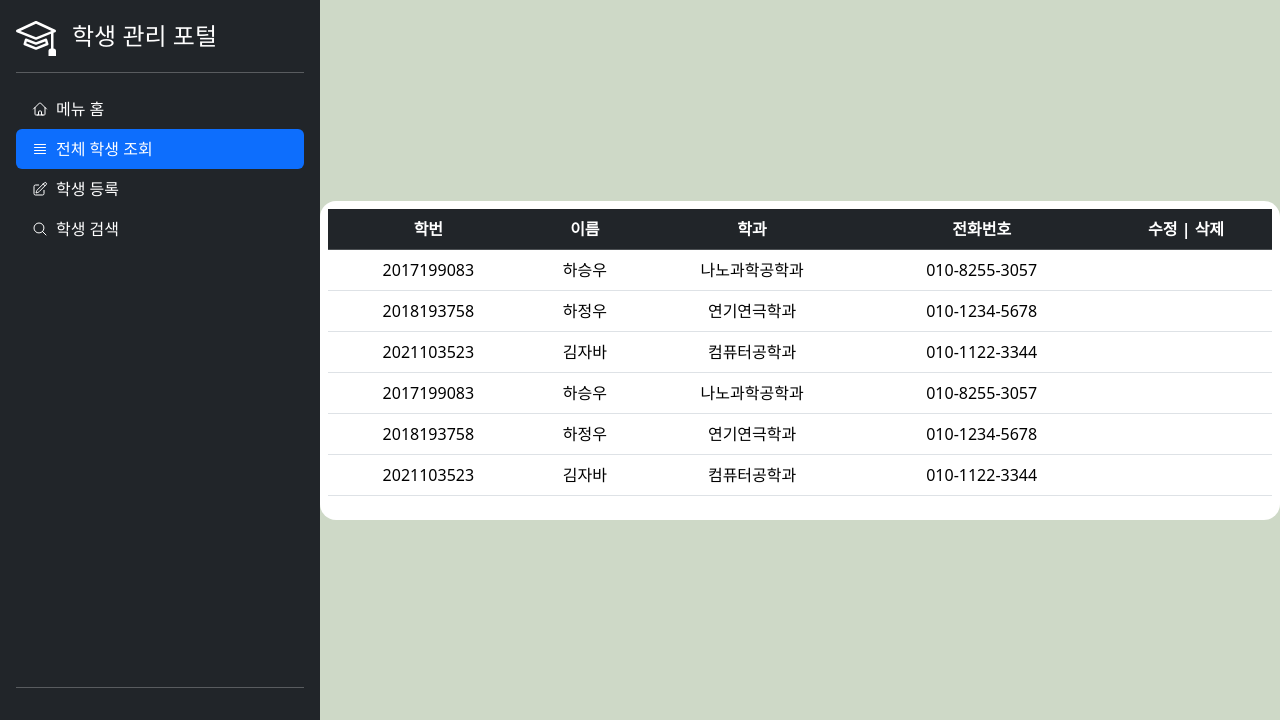
Repository: invisibleufo101/StudentManagementWeb
Page: HSW_Web/src/main/webapp/browse_students.html
These files come from the project's save history. The page is drawn as it stood at one moment and after a run of saves; the edit follows.
The browser window is 1280 px wide. The pictures show the whole page.

Above is the page before, as saved 2024-09-19 12:29:49.

After the next 2 saves:
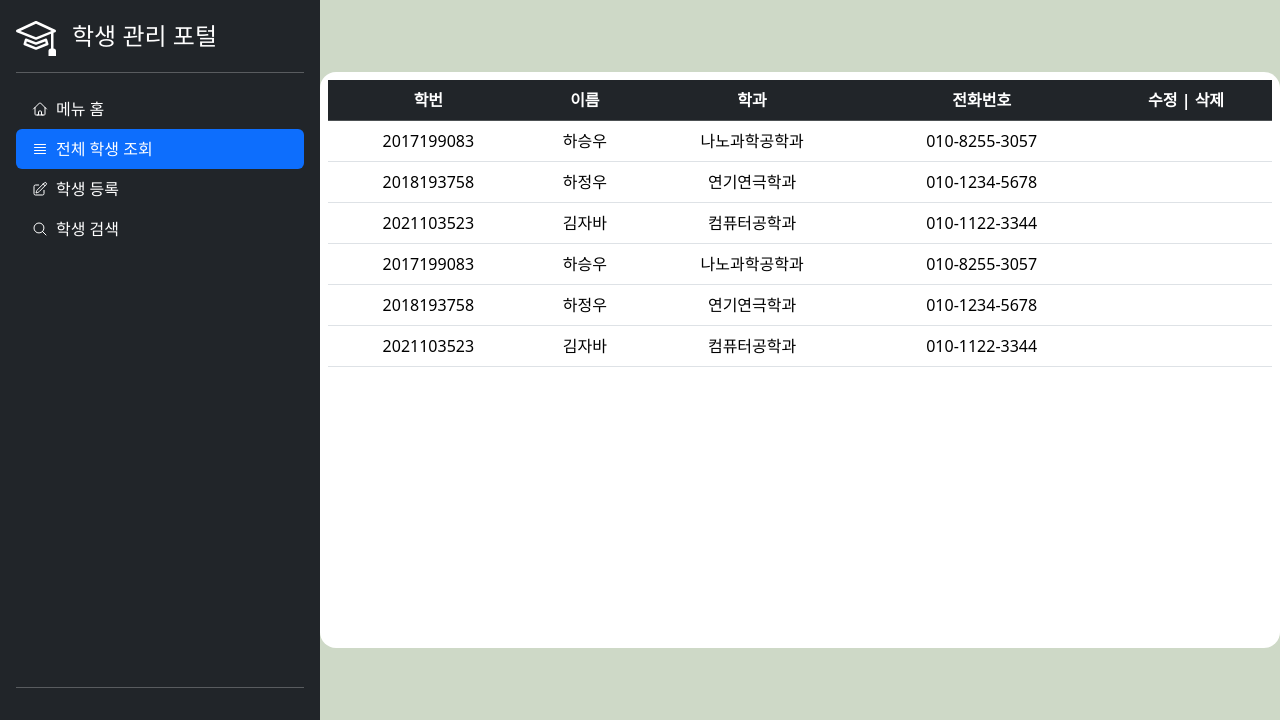
The 2 saves are shown as one change because they came seconds apart.
The last was saved 24 s later.
--- a/HSW_Web/src/main/webapp/browse_students.html
+++ b/HSW_Web/src/main/webapp/browse_students.html
@@ -65,8 +65,8 @@
 			<hr/>
 		</nav>
 		<!-- End of Navbar -->
-		<section class="d-flex justify-content-center align-items-center" style="width: 75vw; min-height: 80vh; background-color: #ced9c7;">
-			<div class="container p-2 bg-white rounded-4 overflow-y-auto">
+		<section class="d-flex justify-content-center align-items-center" style="width: 75vw; background-color: #ced9c7;">
+			<div class="container p-2 bg-white rounded-4 overflow-y-auto" style="min-height: 80vh;">
 				<table class="table table-hover text-center">
 					<thead class="table-dark">
 						<tr>

After the save that followed:
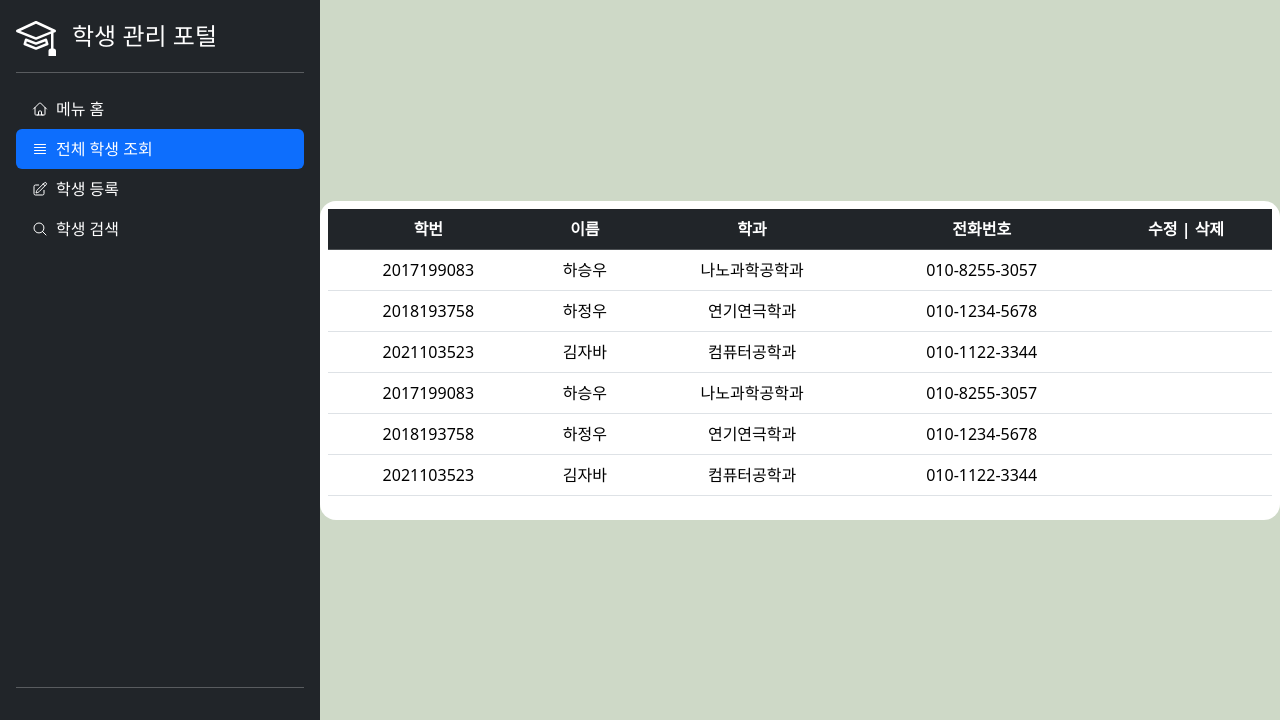
Saved 13 s later.
--- a/HSW_Web/src/main/webapp/browse_students.html
+++ b/HSW_Web/src/main/webapp/browse_students.html
@@ -66,7 +66,7 @@
 		</nav>
 		<!-- End of Navbar -->
 		<section class="d-flex justify-content-center align-items-center" style="width: 75vw; background-color: #ced9c7;">
-			<div class="container p-2 bg-white rounded-4 overflow-y-auto" style="min-height: 80vh;">
+			<div class="container p-2 bg-white rounded-4 overflow-y-auto" style="max-height: 80vh;">
 				<table class="table table-hover text-center">
 					<thead class="table-dark">
 						<tr>
